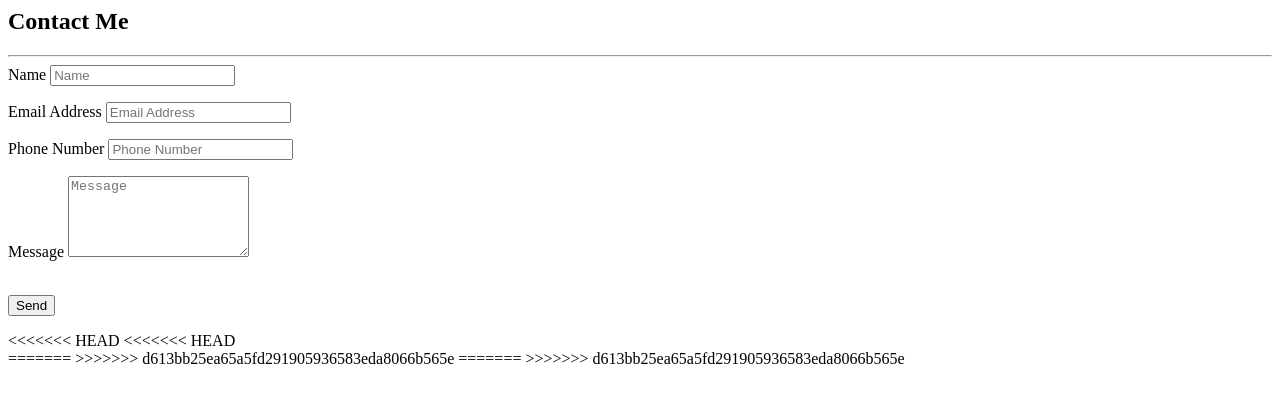
Repository: LoganArnett/LoganArnett.github.io
Page: _includes/contact.html
The author's editor kept a record of every edit. The page is drawn from the files as they stood at one moment, then again after the next edit.
The browser window is 1280 px wide. The pictures show the whole page.

Above is the page before.

After the next edit:
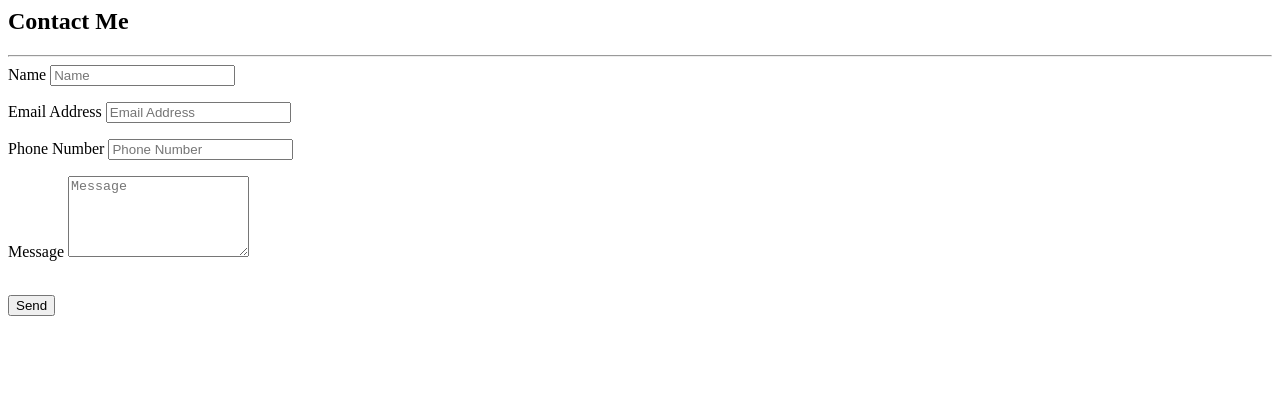
The edit:
--- a/_includes/contact.html
+++ b/_includes/contact.html
@@ -52,12 +52,6 @@
                 </div>
             </div>
         </div>
-<<<<<<< HEAD
-<<<<<<< HEAD
     </section>
-=======
     </section>
->>>>>>> d613bb25ea65a5fd291905936583eda8066b565e
-=======
     </section>
->>>>>>> d613bb25ea65a5fd291905936583eda8066b565e
